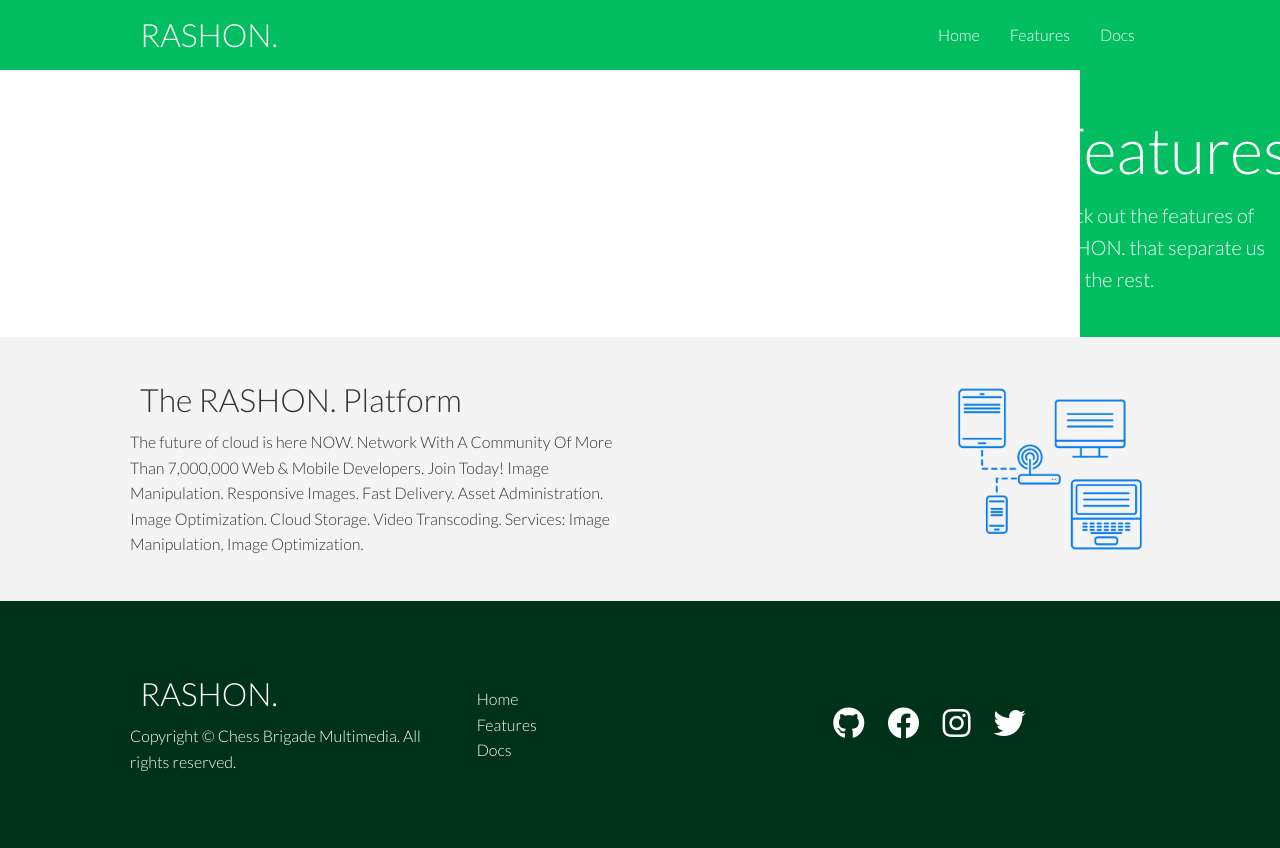
Repository: Skilis/website-modern
Page: features.html
An editor plug-in stored every save of this project. The page is shown before and after the next save, followed by the edit.
The browser window is 1280 px wide. The pictures show the whole page.

Above is the page before, as saved 2020-10-23 17:14:35.

### features.html
<!DOCTYPE html>
<html lang="en">

<head>
  <meta charset="UTF-8">
  <meta name="viewport" content="width=device-width, initial-scale=1.0">
  <link rel="stylesheet" href="https://cdnjs.cloudflare.com/ajax/libs/font-awesome/5.15.1/css/all.min.css"
    integrity="sha512-+4zCK9k+qNFUR5X+cKL9EIR+ZOhtIloNl9GIKS57V1MyNsYpYcUrUeQc9vNfzsWfV28IaLL3i96P9sdNyeRssA=="
    crossorigin="anonymous" />
  <link rel="stylesheet" href="css/utilities.css">
  <link rel="stylesheet" href="css/style.css">

  <title>Rashon | Cloud Hosting For The SuperPhly</title>
</head>

<body>
  <!-- Navbar-->
  <div class="navbar">
    <div class="container flex">
      <h1 class="logo">RASHON.</h1>
      <nav>
        <ul>
          <li><a href="index.html">Home</a></li>
          <li><a href="features.html">Features</a></li>
          <li><a href="docs.html">Docs</a></li>
        </ul>
      </nav>
    </div>

  </div>

  <!-- Head -->
  <section class="features-head bg-primary py-3">
    <div class="container grid">
      <div>
        <h1 class="xl">Features</h1>
        <p class="lead">Check out the features of RASHON. that separate us from the rest.</p>
      </div>
      <img src="images/server.png" alt="">
    </div>
  </section>

  <!--Sub head -->

  <section class="features-sub-head bg-light py-3">
    <div class="container grid">
      <div>
        <h1 class="md">The RASHON. Platform</h1>
        <p class="">The future of cloud is here NOW. Network With A Community Of More Than 7,000,000 Web & Mobile
          Developers. Join Today! Image Manipulation. Responsive Images. Fast Delivery. Asset Administration. Image
          Optimization. Cloud Storage. Video Transcoding. Services: Image Manipulation, Image Optimization.</p>
      </div>
      <img src="images/server2.png" alt="">
    </div>

  </section>

  <!-- Footer -->

  <footer class="footer bg-dark py-5">
    <div class="container grid grid-3">
      <div>
        <h1>RASHON.</h1>
        <p>Copyright &copy; Chess Brigade Multimedia. All rights reserved.</p>
      </div>
      <nav>
        <ul>
          <li><a href="index.html">Home</a></li>
          <li><a href="features.html">Features</a></li>
          <li><a href="docs.html">Docs</a></li>
        </ul>
      </nav>
      <div class="social">
        <a href="https://skilis.github.io/CBMM-Development/"><i class="fab fa-github fa-2x"></i></a>
        <a href="https://www.facebook.com/ChessChessBrigadeInc/"><i class="fab fa-facebook fa-2x"></i></a>
        <a href="https://www.instagram.com/skilis_creates/"><i class="fab fa-instagram fa-2x"></i></a>
        <a href="https://twitter.com/skilisthedon"><i class="fab fa-twitter fa-2x"></i></a>
      </div>
    </div>
  </footer>


</body>

</html>

### css/utilities.css
.container {
  max-width: 1100px;
  margin: 0 auto;
  overflow: auto;
  padding: 0 40px;
}

.card {
  background-color: #fff;
  color: #333;
  border-radius: 10px;
  box-shadow: 0 3px 10px rgba(0, 0, 0, 0.2);
  padding: 20px;
  margin: 10px;
}

.btn {
  display: inline-block;
  padding: 10px 30px;
  cursor: pointer;
  background: var(--primary-color);
  color: #fff;
  border: none;
  border-radius: 5px;
}

.btn-outline {
  background-color: transparent;
  border: 1px #fff solid;
}

.btn:hover {
  transform: scale(.98);
}

/* Backgrounds & Colored Buttons */

.bg-primary,
.btn-primary {
  background-color: var(--primary-color);
  color: #fff;
}

.bg-secondary,
.btn-secondary {
  background-color: var(--secondary-color);
  color: #fff;
}

.bg-dark,
.btn-dark {
  background-color: var(--dark-color);
  color: #fff;
}

.bg-primary a,
.btn-primary a,
.bg-secondary a,
.btn-secondary a,
.bg-dark a,
.btn-dark a {
  color: #fff;
}

.bg-light,
.btn-light {
  background-color: var(--light-color);
  color: #333;
}

/* Text Sizes */

.lead {
  font-size: 20px;
}

.sm {
  font-size: 1rem;
}

.md {
  font-size: 2rem;
}

.lg {
  font-size: 3rem;
}

.xl {
  font-size: 4rem;
}

.text-center {
  text-align: center;
}

.flex {
  display: flex;
  justify-content: center;
  align-items: center;
  height: 100%;
}

.grid {
  display: grid;
  grid-template-columns: repeat(2, 1fr);
  gap: 20px;
  justify-content: center;
  align-items: center;
  height: 100%;
}

.grid-3 {
  grid-template-columns: repeat(3, 1fr);
}

/* Margin */

.my-1 {
  margin: 1rem;
}

.my-2 {
  margin: 1.5rem 0;
}

.my-3 {
  margin: 2rem 0;
}

.my-4 {
  margin: 3rem 0;
}

.my-5 {
  margin: 4rem 0;
}

.m-1 {
  margin: 1rem;
}

.m-2 {
  margin: 1.5rem;
}

.m-3 {
  margin: 2rem;
}

.m-4 {
  margin: 3rem;
}

.m-5 {
  margin: 4rem;
}

/* Padding */

.py-1 {
  padding: 1rem;
}

.py-2 {
  padding: 1.5rem 0;
}

.py-3 {
  padding: 2rem 0;
}

.py-4 {
  padding: 3rem 0;
}

.py-5 {
  padding: 4rem 0;
}

.p-1 {
  padding: 1rem;
}

.p-2 {
  padding: 1.5rem;
}

.p-3 {
  padding: 2rem;
}

.p-4 {
  padding: 3rem;
}

.p-5 {
  padding: 4rem;
}

### css/style.css
@import url('https://fonts.googleapis.com/css2?family=Lato:wght@300&display=swap');

:root {
  --primary-color: #03be61;
  --secondary-color: #026e38;
  --dark-color: #003119;
  --light-color: #f4f4f4;
}

* {
  box-sizing: border-box;
  padding: 0;
  margin: 0;
}

body {
  font-family: 'Lato', sans-serif;
  color: #333;
  line-height: 1.6;
}

ul {
  list-style-type: none;
}

a {
  text-decoration: none;
  color: #333;
}

h1,
h2 {
  font-weight: 300;
  line-height: 1.2;
  margin: 10px;
}

p {
  margin: 10px 0;
}

img {
  width: 100%;
}

/* Navrbar*/

.navbar {
  background-color: var(--primary-color);
  color: #fff;
  height: 70px;
}

.navbar ul {
  display: flex;
}

.navbar a {
  color: #fff;
  padding: 10px;
  margin: 0 5px;
}

.navbar a:hover {
  border-bottom: 2px white solid;
}

.navbar .flex {
  justify-content: space-between;
}

/* Showcase*/

.showcase {
  height: 400px;
  background-color: var(--primary-color);
  color: white;
  position: relative;
}

.showcase h1 {
  font-size: 40px;
}

.showcase p {
  margin: 20px 0;
}

.showcase .grid {
  overflow: visible;
  grid-template-columns: 55% 45%;
  gap: 30px;
}

.showcase-form {
  position: relative;
  top: 60px;
  height: 350px;
  width: 400px;
  padding: 40px;
  z-index: 100;
}

.showcase-form .form-control {
  margin: 30px 0;
}

.showcase-form input[type='text'],
.showcase-form input[type='email'] {
  border: 0;
  border-bottom: 1px solid #b4becb;
  width: 100%;
  padding: 3px;
  font-size: 16px;
}

.showcase-form input:focus {
  outline: none;
}

.showcase::before,
.showcase::after {
  content: '';
  position: absolute;
  height: 100px;
  bottom: -70px;
  right: 0;
  left: 0;
  background: white;
  transform: skewY(-3deg);
  -webkit-transform: skewY(-3deg);
  -moz-transform: skewY(-3deg);
  -ms-transform: skewY(-3deg);
}

/* Stats */

.stats {
  padding-top: 100px;
}

.stats-heading {
  max-width: 500px;
  margin: auto;
}

.stats .grid h3 {
  font-size: 35px;
}

.stats .grid p {
  font-size: 20px;
  font-weight: bold;
}

/* Cli */

.cli .grid {
  grid-template-columns: repeat(3, 1fr);
  grid-template-rows: repeat(2, 1fr);
}

.cli .grid>*:first-child {
  grid-column: 1 / span 2;
  grid-row: 1 / span 2;
}

/* Cloud */

.cloud .grid {
  grid-template-columns: 4fr 3fr;
}

/* Languages */

.languages .flex {
  flex-wrap: wrap;
}

.languages .card {
  text-align: center;
  margin: 18px 10px 40px;
  transition: transform 0.2s ease-in;
}

.languages .card h4 {
  font-size: 20px;
  margin-bottom: 10px;
}

.languages .card:hover {
  transform: translateY(-15px);
}

/* Features */

.features-head,
.features-sub-head img {
  width: 200px;
  justify-self: flex-end;
}

/* Footer */

.footer .social a {
  margin: 0 10px;
}

/* Tablets and under*/

@media(max-width: 768px) {

  .grid,
  .showcase .grid,
  .stats .grid,
  .cli .grid,
  .cloud .grid {
    grid-template-columns: 1fr;
    grid-template-rows: 1fr;
  }

  .showcase {
    height: auto;
  }

  .showcase-text {
    text-align: center;
    margin-top: 40px;
  }

  .showcase-form {
    justify-self: center;
    margin: auto;
  }

  .cli .grid>*:first-child {
    grid-column: 1;
    grid-row: 1;
  }

}

/* Mobile*/

@media(max-width: 500px) {
  .navbar {
    height: 110px;
  }

  .navbar .flex {
    flex-direction: column;
  }

  .navbar ul {
    padding: 10px;
    background-color: rgba(0, 0, 0, 0.1);
  }
}

After the next save:
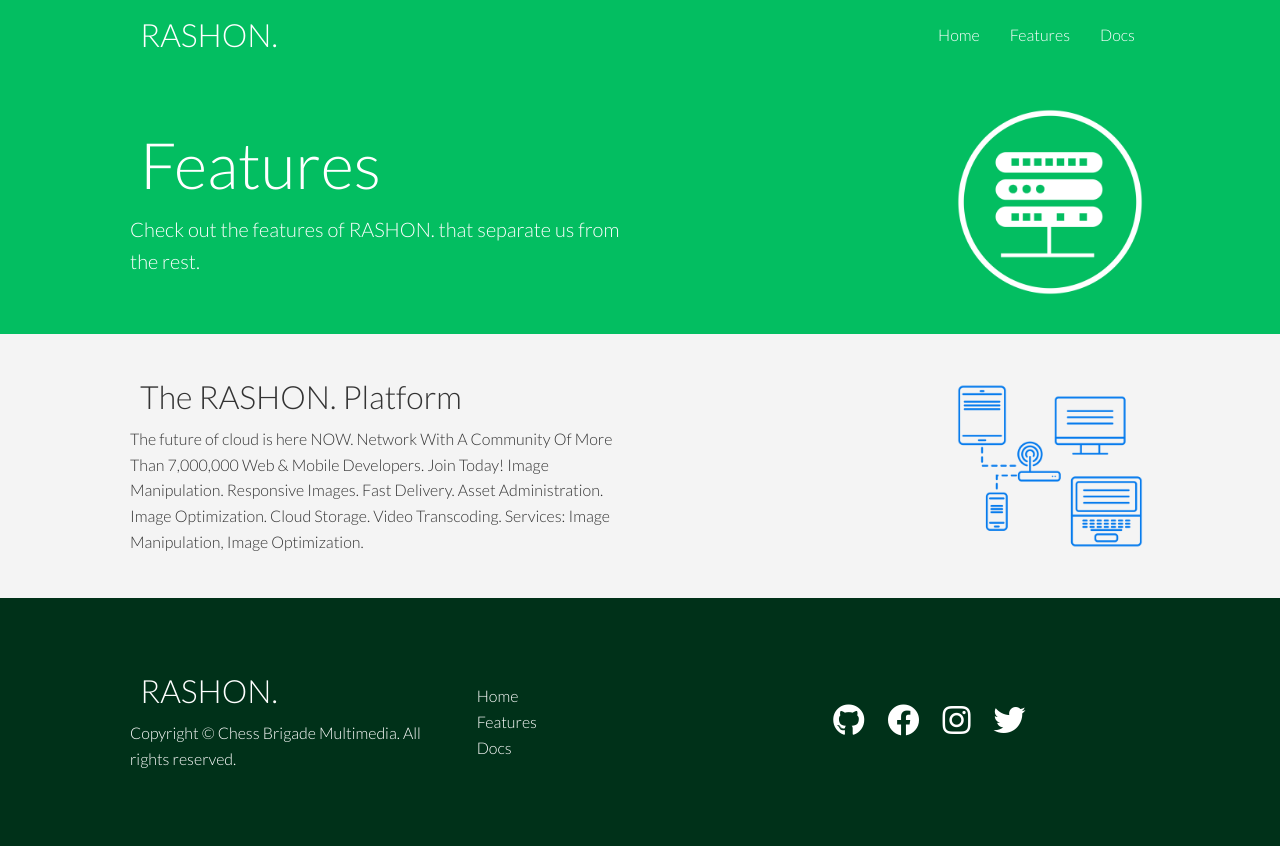
Saved 2 min 8 s later.
--- a/css/style.css
+++ b/css/style.css
@@ -194,7 +194,7 @@
 
 /* Features */
 
-.features-head,
+.features-head img,
 .features-sub-head img {
   width: 200px;
   justify-self: flex-end;
